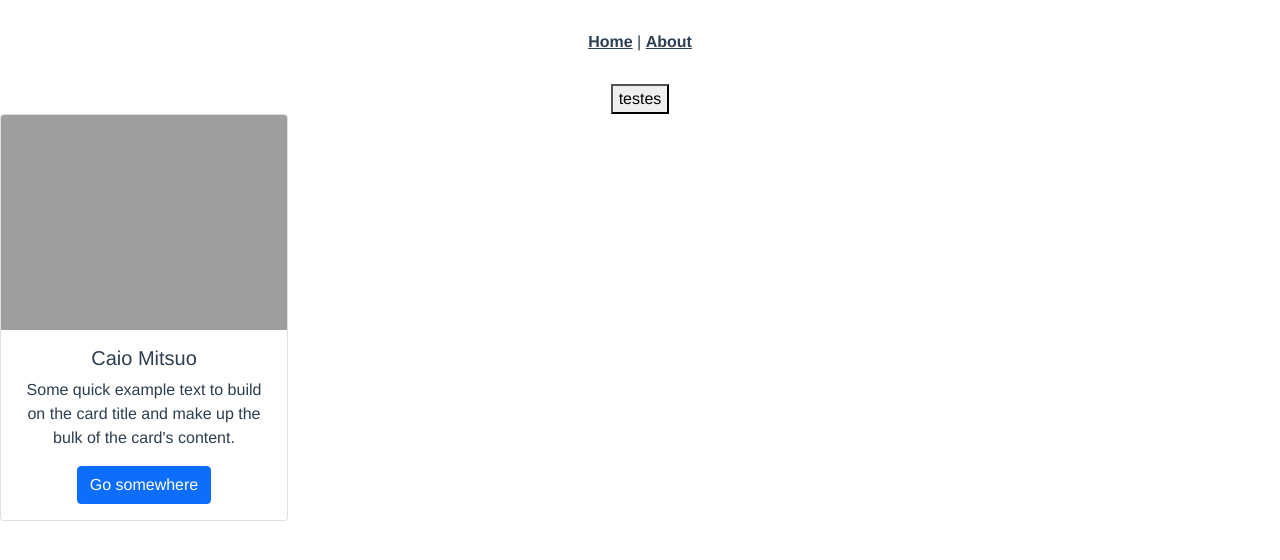
Repository: caiomitsuo/ContactsVueJs
Page: /lista
An editor plug-in stored every save of this project. The page is shown before and after the next save, followed by the edit.
The browser window is 1280 px wide. The pictures show the whole page.
Pictures or frames that could not be fetched are drawn as grey boxes. The page's requests for data from a server got no answer. The project was rebuilt for these pictures with package versions that can differ from the ones it lists, and the page was loaded fresh each time. No one was signed in, and anything a server would have sent is missing. Also part of the build but not shown: vue.config.js, src/components/HelloWorld.vue, src/views/HomeView.vue.

Above is the page before, as saved 2022-04-30 12:26:44.

### src/main.js
import Vue from 'vue'
import App from './App.vue'
import router from './router'
import store from './store'
import { BootstrapVue, IconsPlugin } from 'bootstrap-vue'
import './plugins/axios'

// Import Bootstrap and BootstrapVue CSS files (order is important)
import 'bootstrap/dist/css/bootstrap.css'
import 'bootstrap-vue/dist/bootstrap-vue.css'

// Make BootstrapVue available throughout your project
Vue.use(BootstrapVue)
// Optionally install the BootstrapVue icon components plugin
Vue.use(IconsPlugin)

Vue.config.productionTip = false

new Vue({
  router,
  store,
  render: h => h(App)
}).$mount('#app')

### src/App.vue
<template>
  <div id="app">
    <nav>
      <router-link to="/">Home</router-link> |
      <router-link to="/about">About</router-link>
    </nav>
    <router-view/>
  </div>
</template>
<script>
export default ({
  created() {
    this.$http.get('/ping').then((response) => {
      console.log(response)
    })
  },
})
</script>
<style>
#app {
  font-family: Avenir, Helvetica, Arial, sans-serif;
  -webkit-font-smoothing: antialiased;
  -moz-osx-font-smoothing: grayscale;
  text-align: center;
  color: #2c3e50;
}

nav {
  padding: 30px;
}

nav a {
  font-weight: bold;
  color: #2c3e50;
}

nav a.router-link-exact-active {
  color: #42b983;
}
</style>

### src/router/index.js
import Vue from 'vue'
import VueRouter from 'vue-router'
import HomeView from '../views/HomeView.vue'
import ListView from '../views/ListView.vue'
Vue.use(VueRouter)

const routes = [
  {
    path: '/',
    name: 'home',
    component: HomeView
  },
  {
    path: '/about',
    name: 'about',
    // route level code-splitting
    // this generates a separate chunk (about.[hash].js) for this route
    // which is lazy-loaded when the route is visited.
    component: () => import(/* webpackChunkName: "about" */ '../views/AboutView.vue')
  },
  {
    path: '/lista',
    name: 'lista',
    component:ListView
  }
]

const router = new VueRouter({
  mode: 'history',
  base: process.env.BASE_URL,
  routes
})

export default router

### src/plugins/axios.js
import Vue from 'vue'
import axios from 'axios'

axios.defaults.baseURL = 'http://127.0.0.1:8000/api/'

Vue.use({
    install(Vue){
        Vue.prototype.$http = axios
    }
})

### src/views/ListView.vue
<template>
  <div>
    <button>testes</button>
    <div class="card" style="width: 18rem;">
         <img class="card-img-top" src="https://www.psicologo.com.br/wp-content/uploads/sou-uma-pessoa-boa-ou-nao.jpg">
        <div class="card-body">
    <h5 class="card-title">Caio Mitsuo</h5>
    <p class="card-text">Some quick example text to build on the card title and make up the bulk of the card's content.</p>
    <a href="#" class="btn btn-primary">Go somewhere</a>
  </div>
    </div>
  </div>
</template>

<script>
export default {};
</script>

<style lang="scss" scoped>
</style>

Loaded but not shown: public/index.html (common file); src/store/index.js (common file)

After the next save:
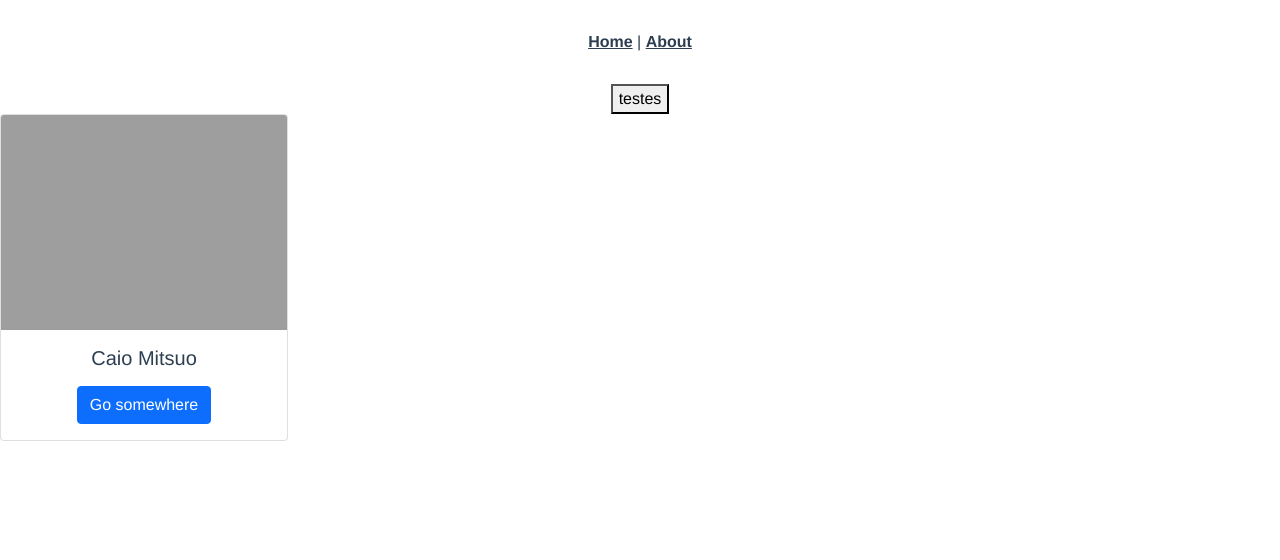
Saved 6 s later.
--- a/src/views/ListView.vue
+++ b/src/views/ListView.vue
@@ -5,7 +5,7 @@
          <img class="card-img-top" src="https://www.psicologo.com.br/wp-content/uploads/sou-uma-pessoa-boa-ou-nao.jpg">
         <div class="card-body">
     <h5 class="card-title">Caio Mitsuo</h5>
-    <p class="card-text">Some quick example text to build on the card title and make up the bulk of the card's content.</p>
+    <p class="card-text"></p>
     <a href="#" class="btn btn-primary">Go somewhere</a>
   </div>
     </div>
